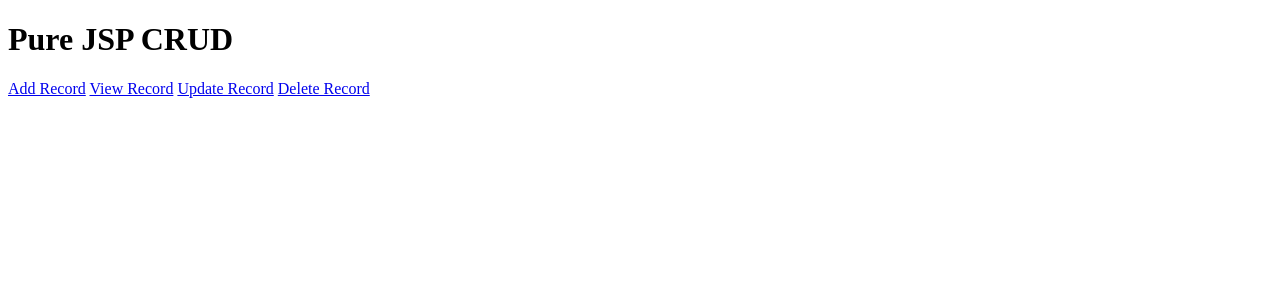
Repository: 2001Yogi/JavaWebAssignment
Page: http://localhost/JSPCRUD/
These files come from the project's save history. The page is drawn as it stood at one moment and after the next save; the edit follows.
The browser window is 1280 px wide. The pictures show the whole page.
The page is served by Tomcat 9.

Above is the page before, as saved 2024-09-18 12:01:50.

### JSPCRUD/src/main/webapp/index.jsp

<%@ page language="java" contentType="text/html; charset=ISO-8859-1"
    pageEncoding="ISO-8859-1"%>
<!DOCTYPE html>
<html>
<head>
<meta charset="ISO-8859-1">
<title>Insert title here</title>
</head>
<body>
<h1>Pure JSP CRUD</h1>
<a href="add.jsp">Add Record</a>
<a href="view.jsp">View Record</a>
<a href="update.jsp">Update Record</a>
<a href="delete.jsp">Delete Record</a>
</body>
</html>

After the next save:
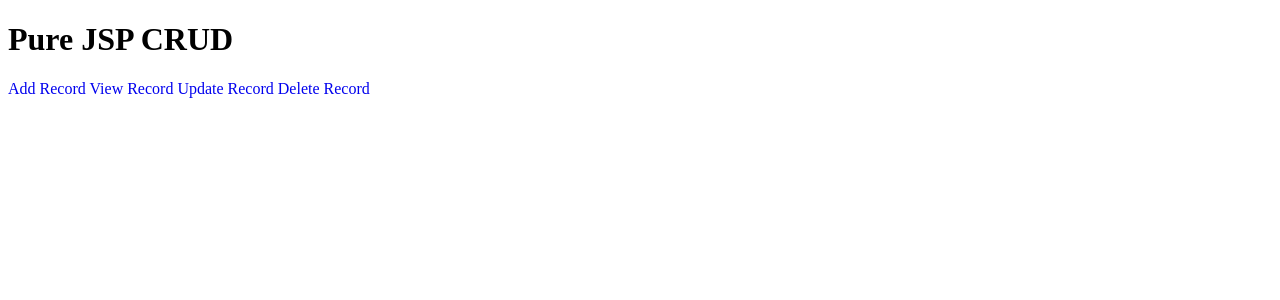
Saved 52 s later.
--- a/JSPCRUD/src/main/webapp/index.jsp
+++ b/JSPCRUD/src/main/webapp/index.jsp
@@ -6,6 +6,12 @@
 <head>
 <meta charset="ISO-8859-1">
 <title>Insert title here</title>
+<style type="text/css">
+	a{
+	outline-style: none;
+	text-decoration: none;
+	}
+</style>
 </head>
 <body>
 <h1>Pure JSP CRUD</h1>
